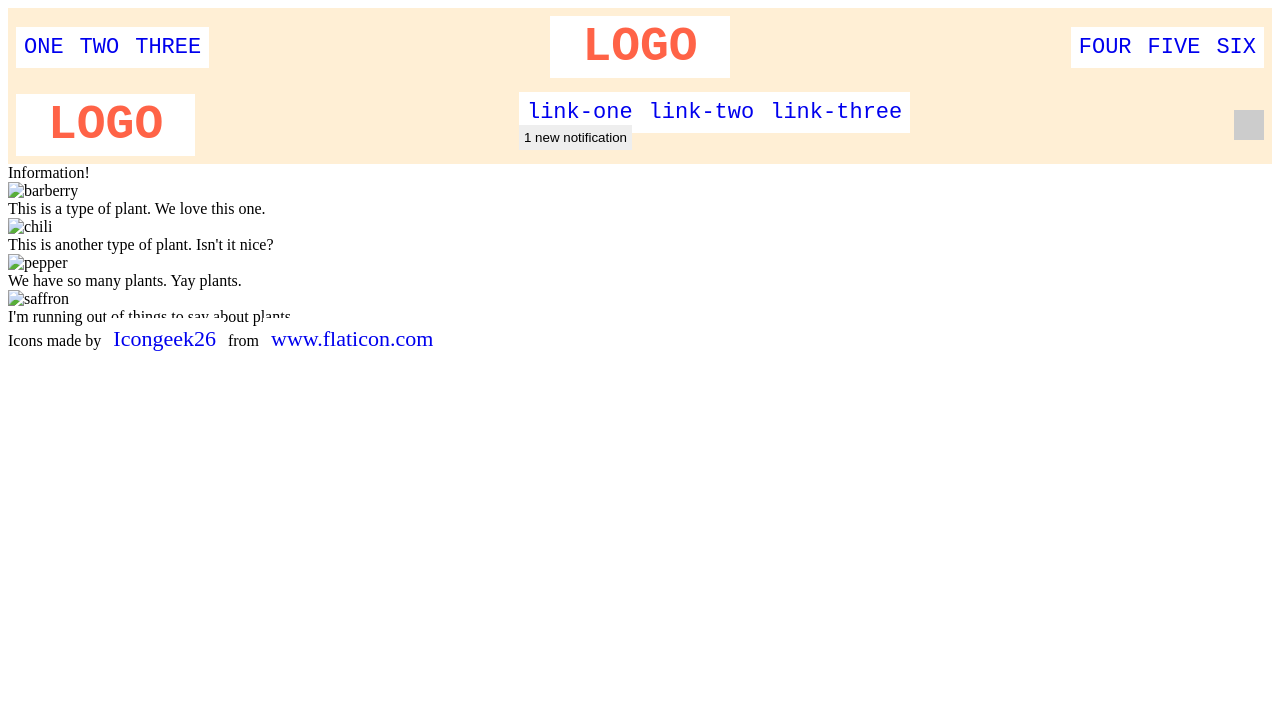
Repository: HeliosAI9/First-test-website
Page: mywebsite/html-boilerplate/pages/flex.html
These files come from the project's save history. The page is drawn as it stood at one moment and after the next save; the edit follows.
The browser window is 1280 px wide. The pictures show the whole page.
Some web fonts or font styles are not loaded; a fallback is used.

Above is the page before, as saved 2023-06-03 01:13:50.
Not found: home/odinstudent/mywebsite/html-boilerplate/images/barberry.png
Not found: mywebsite/html-boilerplate/pages/images/chilli.png
Not found: mywebsite/html-boilerplate/pages/images/pepper.png

### mywebsite/html-boilerplate/pages/flex.html
<!DOCTYPE html>
<html lang="en">
  <head>
    <meta charset="UTF-8">
    <meta http-equiv="X-UA-Compatible" content="IE=edge">
    <meta name="viewport" content="width=device-width, initial-scale=1.0">
    <title>Flex Header</title>
    <link rel="stylesheet" href="../css/flex.css">
  </head>
  <body>
    <div class="header">
      <div class="left-links">
        <ul>
          <li><a href="#">ONE</a></li>
          <li><a href="#">TWO</a></li>
          <li><a href="#">THREE</a></li>
        </ul>
      </div>
      <div class="logo">LOGO</div>
      <div class="right-links">
        <ul>
          <li><a href="#">FOUR</a></li>
          <li><a href="#">FIVE</a></li>
          <li><a href="#">SIX</a></li>
        </ul>
      </div>
    </div>

    <header class="header">
        <div class="logo">
          LOGO
        </div>
        <nav class="nav">
          <ul class="links">
            <li><a href="google.com">link-one</a></li>
            <li><a href="google.com">link-two</a></li>
            <li><a href="google.com">link-three</a></li>
          </ul>
          <button class="notifications">
            1 new notification
          </button>
        </nav>
        <div class="profile-image"></div>
      </header>
  </body>
  <body>
    <div class="title">Information!</div>

    <img src="/home/odinstudent/mywebsite/html-boilerplate/images/barberry.png
    " alt="barberry">
    <div class="text">This is a type of plant. We love this one.</div>
    <img src="./images/chilli.png" alt="chili">
    <div class="text">This is another type of plant. Isn't it nice?</div>

    <img src="./images/pepper.png" alt="pepper">
    <div class="text">We have so many plants. Yay plants.</div>

    <img src="./images/saffron.png" alt="saffron">
    <div class="text">I'm running out of things to say about plants.</div>

    <!-- disregard this section, it's here to give attribution to the creator of these icons -->
    <div class="footer">
      <div>Icons made by <a href="https://www.flaticon.com/authors/icongeek26" title="Icongeek26">Icongeek26</a> from <a href="https://www.flaticon.com/" title="Flaticon">www.flaticon.com</a></div>
    </div>
  </body>
</html>

### mywebsite/html-boilerplate/css/flex.css
@import url('https://fonts.googleapis.com/css2?family=Besley:ital,wght@0,400;1,900&display=swap');

.header {
    display: flex;
    justify-content: space-between;
    align-items: center;
    background: papayawhip;
    padding: 8px;
    font-family: 'Besley', monospace;
  }

  .logo {
    font-size: 48px;
    font-weight: 900;
    color: tomato;
    background: white;
    padding: 4px 32px;
  }

  ul {
    list-style-type: none;
    display: flex;
    margin: 0;
    padding: 0;
  }

  a {
    font-size: 22px;
    background: white;
    padding: 8px;
    text-decoration: none;
  }

  .notifications {
    background-color: #eee;
    border: none;
    padding: 5px;
  }

  .profile-image {
    width: 30px;
    height: 30px;
    background-color: #ccc;
  }

After the next save:
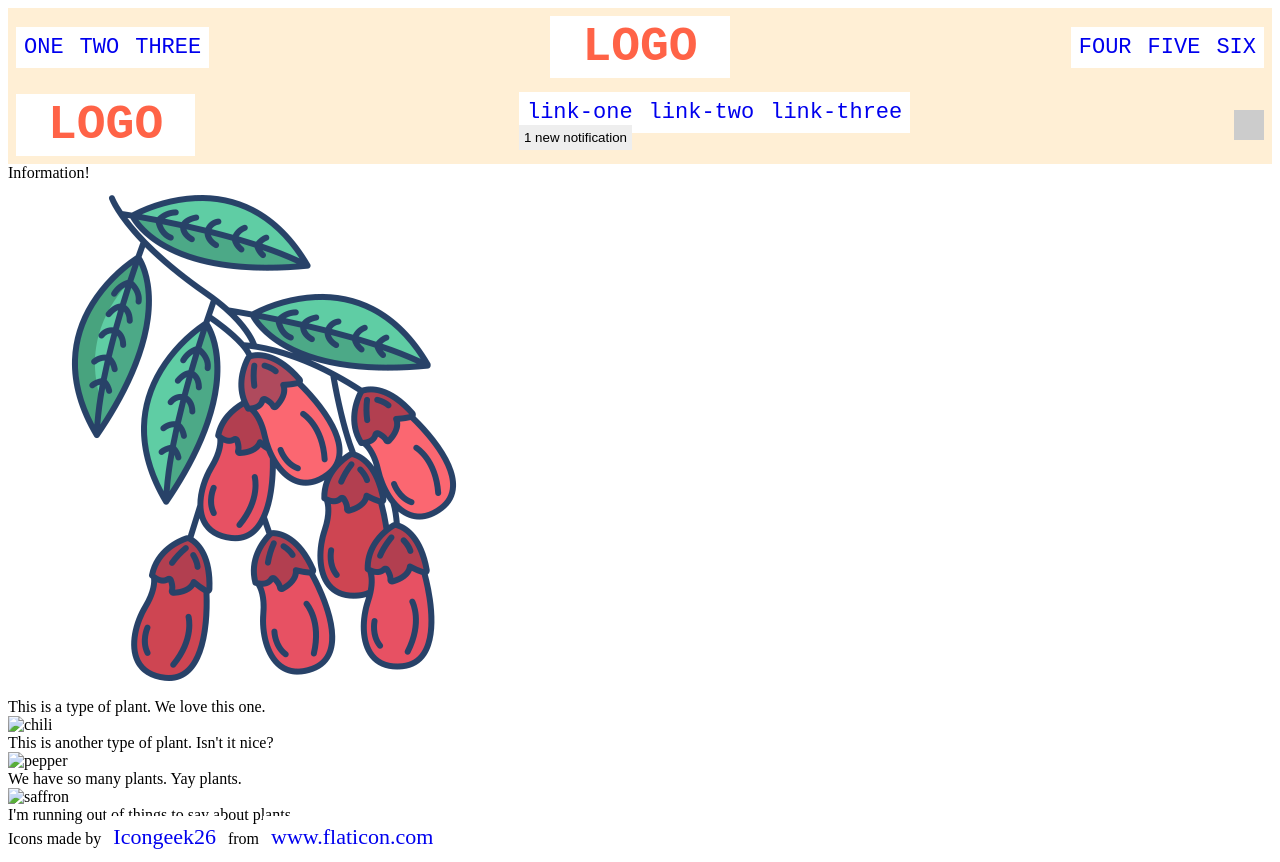
Saved 24 s later.
--- a/mywebsite/html-boilerplate/pages/flex.html
+++ b/mywebsite/html-boilerplate/pages/flex.html
@@ -46,8 +46,7 @@
   <body>
     <div class="title">Information!</div>
 
-    <img src="/home/odinstudent/mywebsite/html-boilerplate/images/barberry.png
-    " alt="barberry">
+    <img src="../images/barberry.png" alt="barberry">
     <div class="text">This is a type of plant. We love this one.</div>
     <img src="./images/chilli.png" alt="chili">
     <div class="text">This is another type of plant. Isn't it nice?</div>
